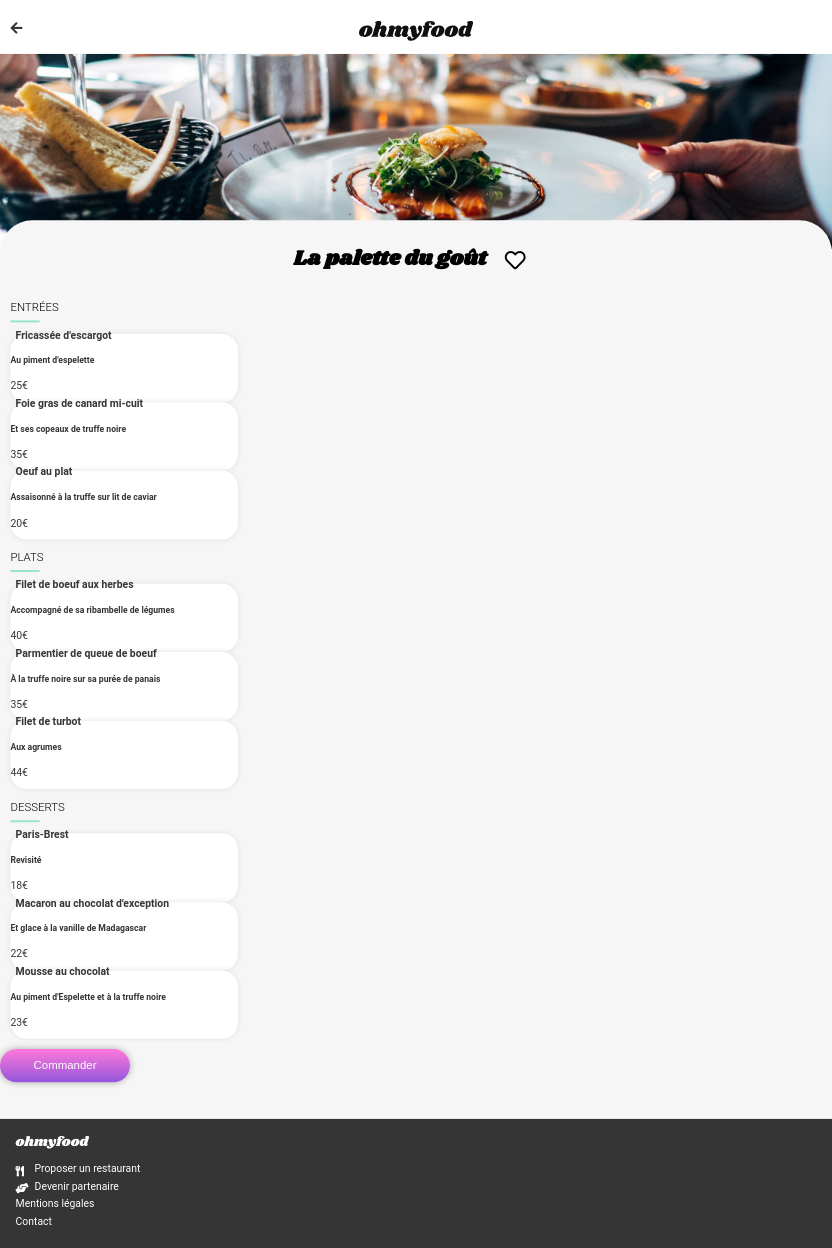
Repository: AlexisTisserand/AlexisTisserand_3_24112020
Page: menu-la-palette-du-gout.html
The author's editor kept a copy of each file at every save. The page is drawn from the files as they stood at one save, then again after the next save.
The browser window is 1280 px wide. The pictures show the whole page, at 65% of full size.
Some web libraries are served in a nearby version. The style sheet was rebuilt from its Sass, Less or Tailwind sources for each picture, by a compiler version that may differ from the author's.

Above is the page before, as saved 2020-12-02 17:33:29.

After the next save:
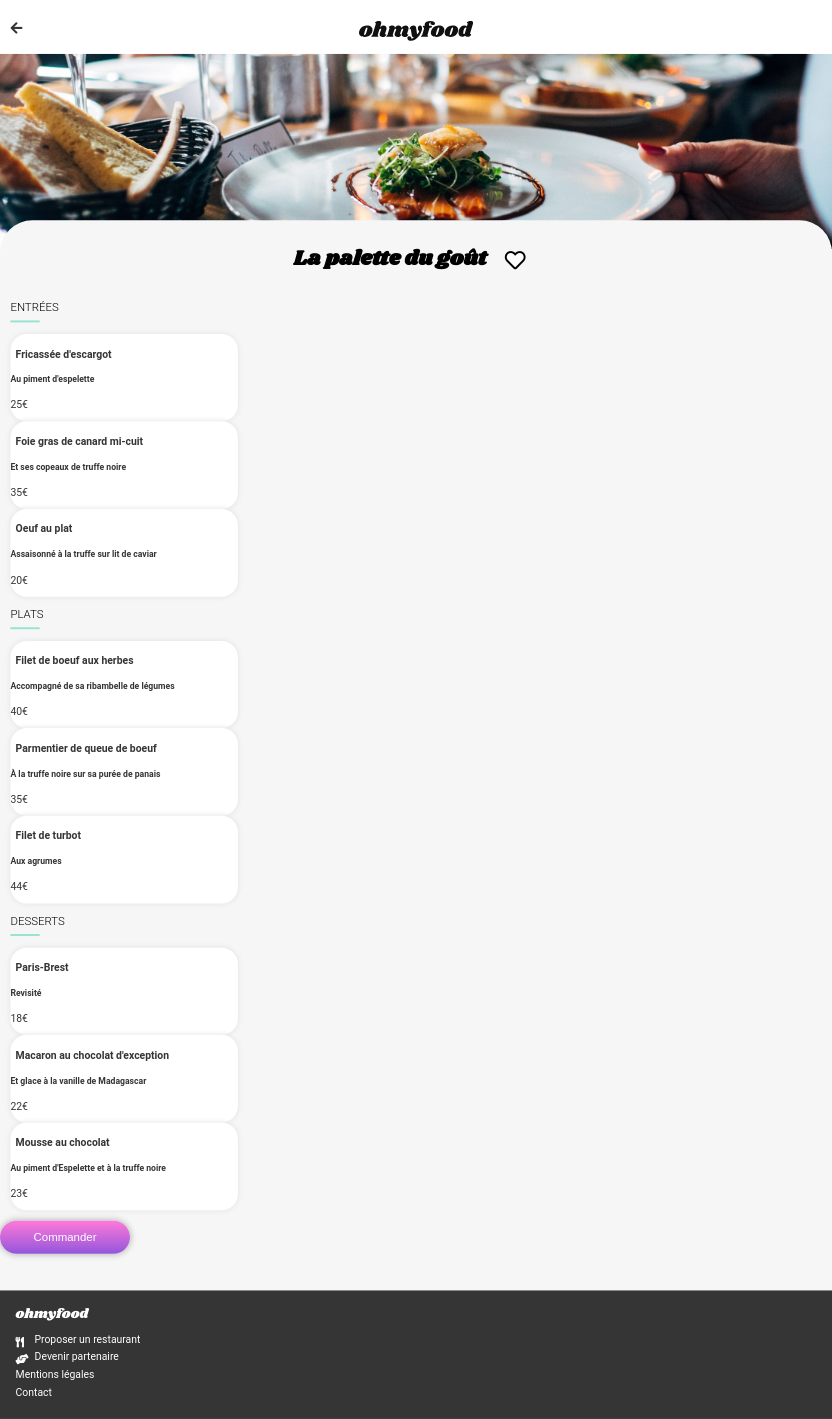
Saved 6 s later.
--- a/sass/style.scss
+++ b/sass/style.scss
@@ -439,7 +439,6 @@ header{
         margin-left: $size;
         h4{
         margin-left: 0.5rem;
-        margin-top: -0.5rem;
         }
     }
     button{
